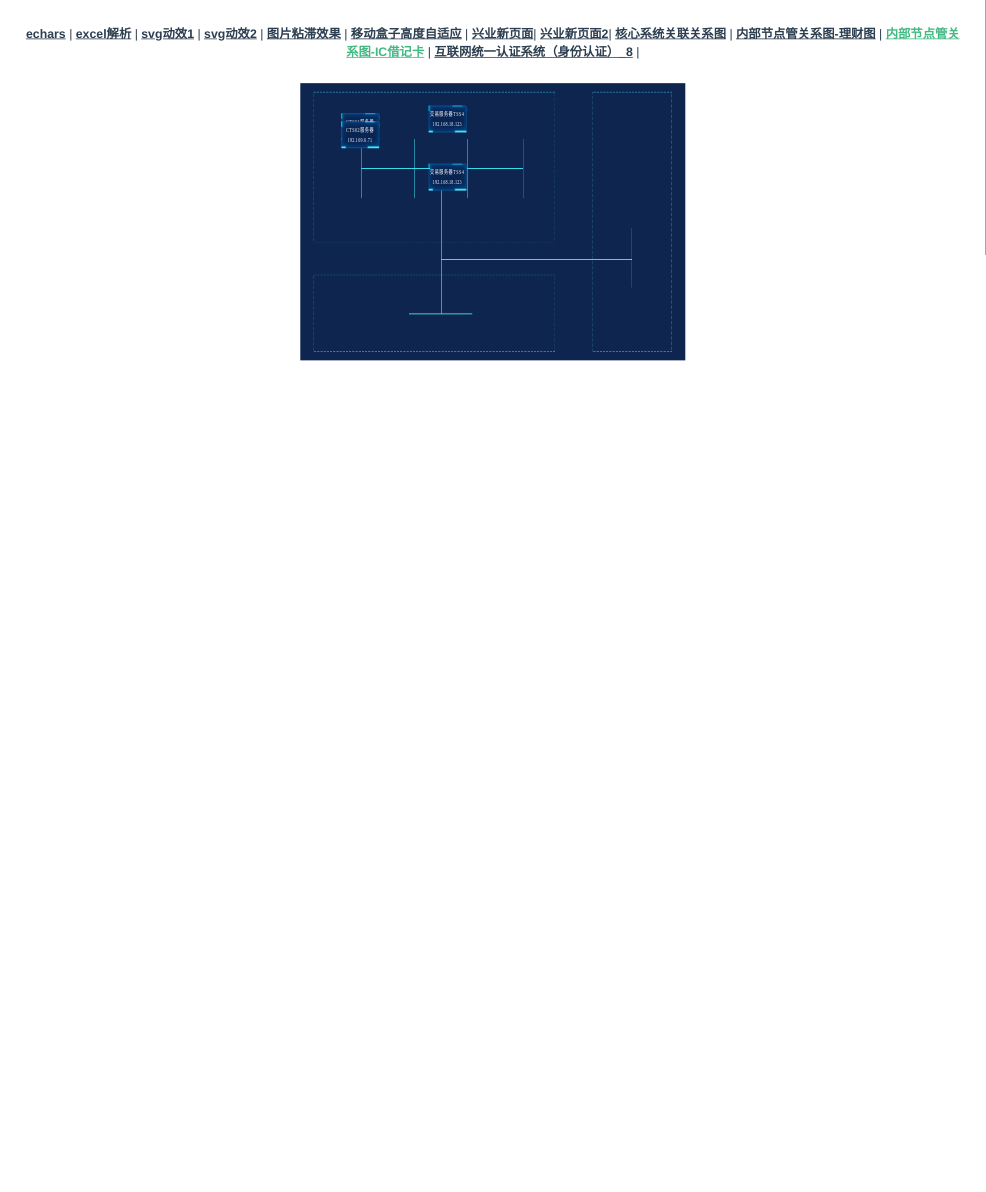
Repository: dmj199811/animation-dmj
Page: /#/work-page7
The author's editor kept a copy of each file at every save. The page is drawn from the files as they stood at one save, then again after the next save.
The browser window is 1280 px wide. The pictures show the whole page, at 77% of full size.
The project was rebuilt for these pictures with package versions that can differ from the ones it lists, and the page was loaded fresh each time.

Above is the page before, as saved 2020-07-05 12:59:15.

### src/App.vue
<template>
  <div id="app">
    <div id="nav"
         v-if="this.$store.state.pageShow">
      <router-link to="/">echars</router-link> |
      <router-link to="/xlsx-example">excel解析</router-link> |
      <router-link to="/svg-example1">svg动效1</router-link> |
      <router-link to="/svg-example2">svg动效2</router-link> |
      <router-link to="/work-message">图片粘滞效果</router-link> |
      <router-link to="/work-page2">移动盒子高度自适应</router-link> |
      <router-link to="/work-page3">兴业新页面</router-link>|
      <router-link to="/work-page4">兴业新页面2</router-link>|
      <router-link to="/work-page5">核心系统关联关系图</router-link> |
      <router-link to="/work-page6">内部节点管关系图-理财图</router-link> |
      <router-link to="/work-page7">内部节点管关系图-IC借记卡</router-link> |
      <router-link to="/work-page8">互联网统一认证系统（身份认证）_8</router-link> |
    </div>
    <router-view />
  </div>
</template>

<style lang="less">
body {
  margin: 0;
}
#app {
  font-family: Avenir, Helvetica, Arial, sans-serif;
  -webkit-font-smoothing: antialiased;
  -moz-osx-font-smoothing: grayscale;
  text-align: center;
  color: #2c3e50;
}

#nav {
  padding: 30px;

  a {
    font-weight: bold;
    color: #2c3e50;

    &.router-link-exact-active {
      color: #42b983;
    }
  }
}
</style>

### src/router/index.js
import Vue from 'vue'
import VueRouter from 'vue-router'

Vue.use(VueRouter)

const routes = [
  {
    path: '/',
    redirect: '/circle-echarts',
  },
  {
    path: '/circle-echarts',
    name: 'ani2',
    component: () => import('../views/circle-echarts/index.vue')
  },
  {
    path: '/xlsx-example',
    name: 'xlsx1',
    component: () => import('../views/xlsx1/index.vue')
  },
  {
    path: '/svg-example1',
    name: 'svg1',
    component: () => import('../views/svg1/index.vue')
  },
  {
    path: '/svg-example2',
    name: 'svg2',
    component: () => import('../views/svg2/index.vue')
  },
  {
    path: '/work-message',
    name: 'message1',
    component: () => import('../views/work/message/index.vue')
  },
  {
    path: '/work-page2',
    name: 'show1',
    component: () => import('../views/work/show1/index.vue')
  },
  {
    path: '/work-page3',
    name: 'show2',
    component: () => import('../views/newPage/index.vue')
  },
  {
    path: '/work-page4',
    name: 'show2',
    component: () => import('../views/newPage2/index.vue')
  },
  {
    path: '/work-page5',
    name: 'show3',
    component: () => import('../views/newPage3/index.vue')
  },
  {
    path: '/work-page6',
    name: 'show4',
    component: () => import('../views/newPage4/index.vue')
  },
  {
    path: '/work-page7',
    name: 'show5',
    component: () => import('../views/newPage5/index.vue')
  },
  {
    path: '/work-page8',
    name: 'show6',
    component: () => import('../views/newPage6/index.vue')
  },
]

const router = new VueRouter({
  routes
})

export default router

### src/views/newPage5/index.vue
<template>
  <div class="box">
    <div class="use-box">
      <div class="use-box-bg">


        <div class="deal-server pos1">
            <div class="deal-server-item">
              <div>CTS01服务器</div>
              <div>192.169.0.70</div>
            </div>
        </div>
        <div class="deal-server pos2">
            <div class="deal-server-item">
              <div>CTS02服务器</div>
              <div>192.169.0.71</div>
            </div>
          </div>
        <div class="deal-server pos3">
            <div class="deal-server-item">
              <div>交易服务器TSS4</div>
              <div>192.168.18.123</div>
            </div>
          </div>
        <div class="deal-server pos4">
            <div class="deal-server-item">
              <div>交易服务器TSS4</div>
              <div>192.168.18.123</div>
            </div>
          </div>

      </div>
    </div>
  </div>
</template>
<script>
export default {
  data () {
    return {}
  },
  mounted () {
    this.fullScreen()
    let a = {
      'ATM系统': 'N',
      '网上银行域': 'E',
      'IC借记卡系统': 'N',
      'CFP系统': 'W',
      '电话银行域': 'E',
      '金卡系统': 'N',
      '零售信贷系统': 'W',
      '联机交易转发平台': 'N',
      '核心联机交易平台': 'E',
      'OFEP': 'W',
      '会计辅助管理系统': 'W',
      '业务策略管控平台': 'E',
      '历史检索系统': 'N',
      '企业数据集成平台': 'N',
      '银联数据综合前置系统': 'E',
      '理财卡外包制卡系统': 'W',
      '数据仓库系统': 'E',
      '统一报表系统': 'W',
      '企业CRM系统': 'N'
    }

    this.dataToArray(a)
    window.onresize = () => {
      this.fullScreen()
    }
  },
  methods: {
    fullScreen () {
      $('.box').css('transform', `scale(${document.documentElement.clientWidth / 3840},${document.documentElement.clientHeight / 1440})`)
    },
    dataToArray (data) {

    }
  }
}
</script>
<style lang="less" scoped>
.box {
  text-align: left;
  transform-origin: 0 0;
  width: 3840px;
  height: 1440px;
}
.use-box {
  font-size: 18px;
  width: 1500px;
  box-sizing: border-box;
  height: 720px;
  background: #0e2550;
  margin: 0 auto;
  color: white;
}
.use-box div {
  box-sizing: border-box;
}

.use-box-bg {
  width:  100%;
  height: 100%;
  background-image: url(./img/bg-line1.png);
  background-size: 100% 100%;
  position: relative;
}
.deal-server {
  width:  150px;
  height: 70px;
  background-image: url(./img/leftBlue.png);
  background-size: 100% 100%;
  overflow: hidden;


}

.deal-server-item {
  // width:192px;
  // height:60px;
  font-size:16px;
  font-family:Adobe Heiti Std;
  font-weight:normal;
  color:rgba(255,255,255,1);
  line-height:25px;
  letter-spacing: 2px;
  text-align: center;
  margin-top: 10px;
  margin-left: -5px;
}

.deal-server-item > div:nth-child(2) {
  letter-spacing: 1px;
}
.pos1 {
  position: absolute;
  top: 78px;
  left: 160px;
}

.pos2 {
  position: absolute;
  top: 99px;
  left: 160px;
}

.pos3 {
  position: absolute;
  top: 58px;
  left: 500px;
}

.pos4 {
  position: absolute;
  top: 209px;
  left: 500px;
}

.pos5 {
  position: absolute;
  top: 58px;
  left: 800px;
}

.pos6 {
  position: absolute;
  top: 209px;
  left: 800px;
}

</style>

Loaded but not shown: public/index.html (common file); src/main.js (common file); src/store/index.js (common file)

After the next save:
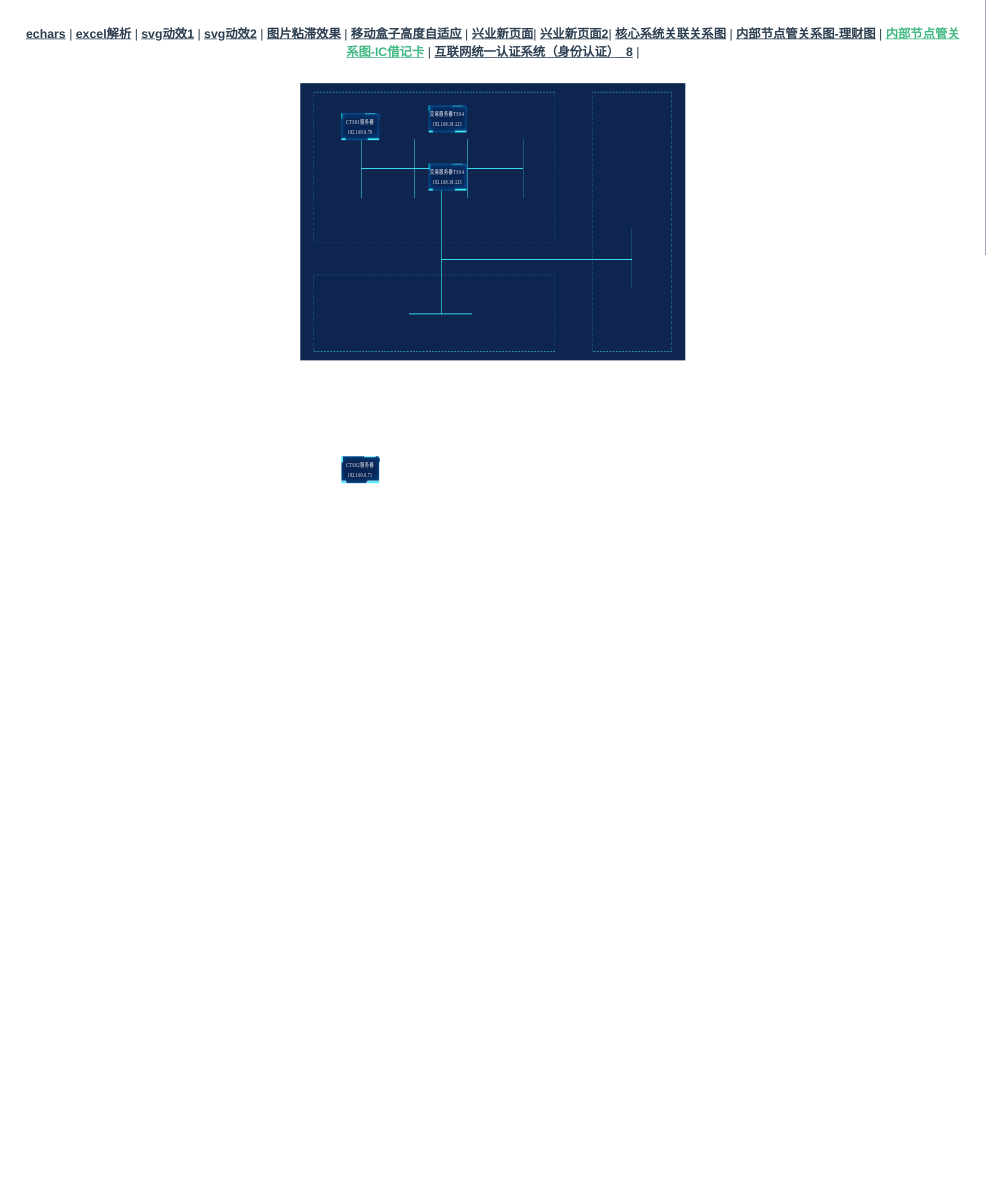
Saved 4 s later.
--- a/src/views/newPage5/index.vue
+++ b/src/views/newPage5/index.vue
@@ -139,7 +139,7 @@
 
 .pos2 {
   position: absolute;
-  top: 99px;
+  top: 969px;
   left: 160px;
 }
 

After the save that followed:
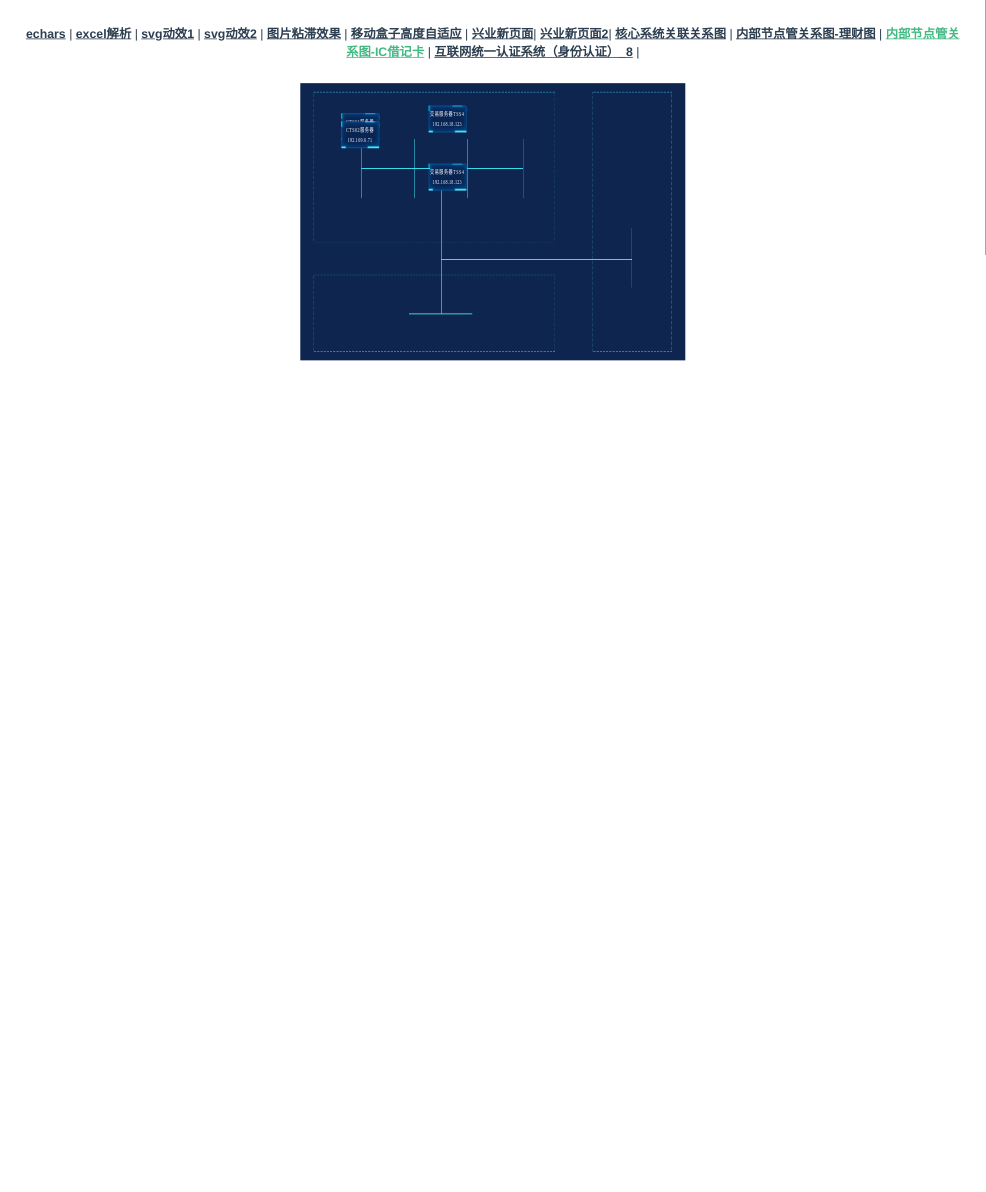
Saved 9 s later.
--- a/src/views/newPage5/index.vue
+++ b/src/views/newPage5/index.vue
@@ -139,7 +139,7 @@
 
 .pos2 {
   position: absolute;
-  top: 969px;
+  top: 99px;
   left: 160px;
 }
 
